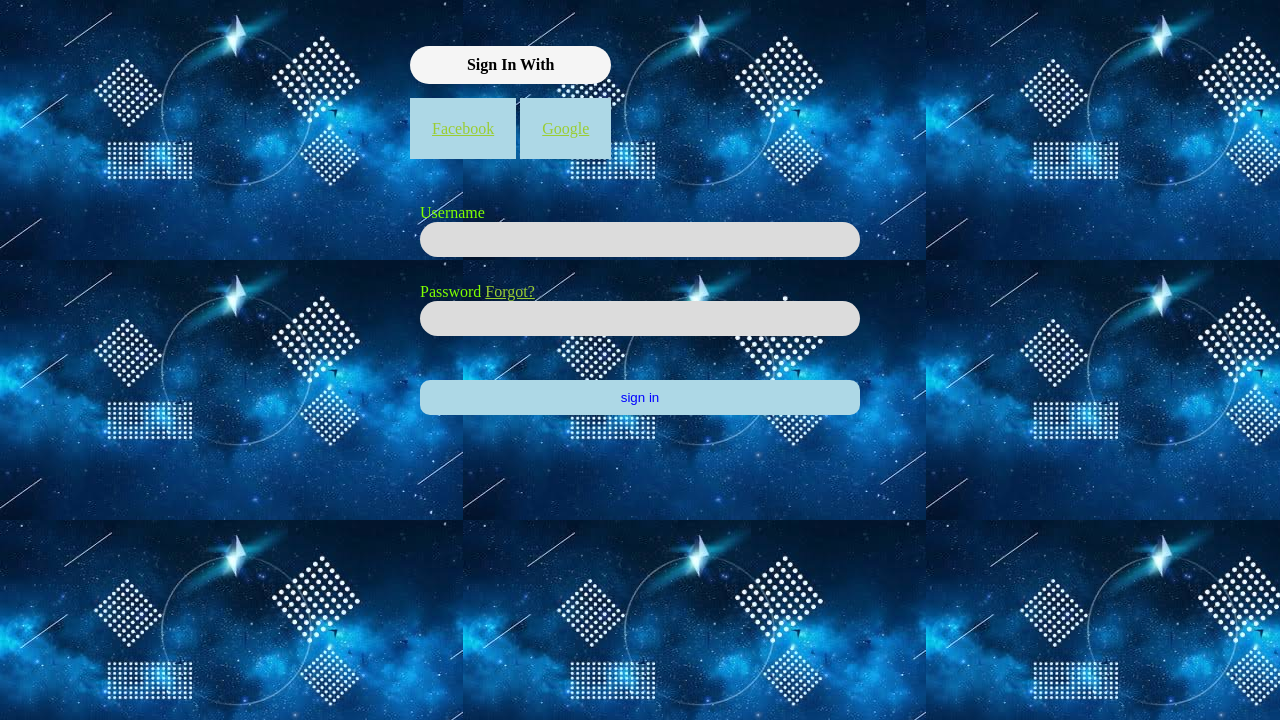
Repository: Tobby004/bdc-assignment-2
Page: index.html
An editor plug-in stored every save of this project. The page is shown before and after the next save, followed by the edit.
The browser window is 1280 px wide. The pictures show the whole page.

Above is the page before, as saved 2023-02-11 07:49:56.

After the next save:
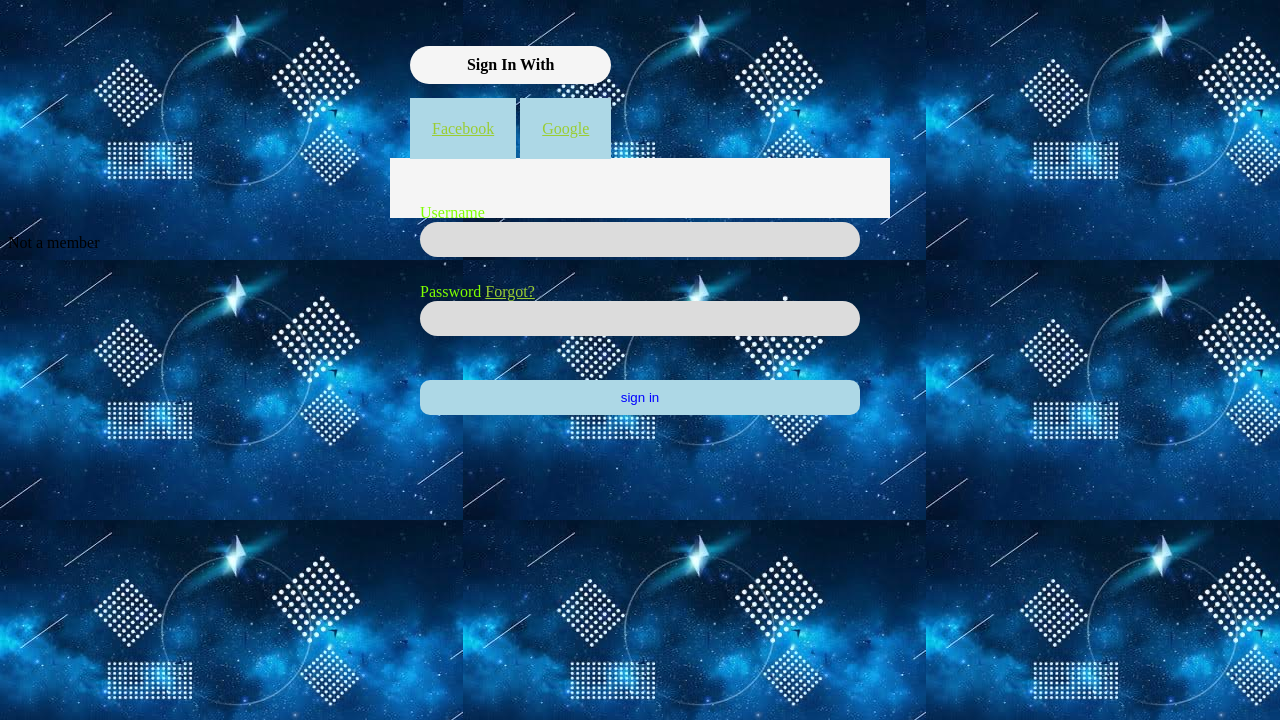
Saved 4 min 57 s later.
--- a/index.html
+++ b/index.html
@@ -40,6 +40,9 @@
          <br>
          <button>sign in</button>
         </div>
+        <p>Not a member
+
+        </p>
 
 </body>
 </html>
--- a/task.css
+++ b/task.css
@@ -34,6 +34,7 @@
     display: block;
     max-width: 500px;
     height: 10px;
+    background-color: whitesmoke;
     padding: 30px;
     color: chartreuse;
     margin-left: auto;

After the save that followed:
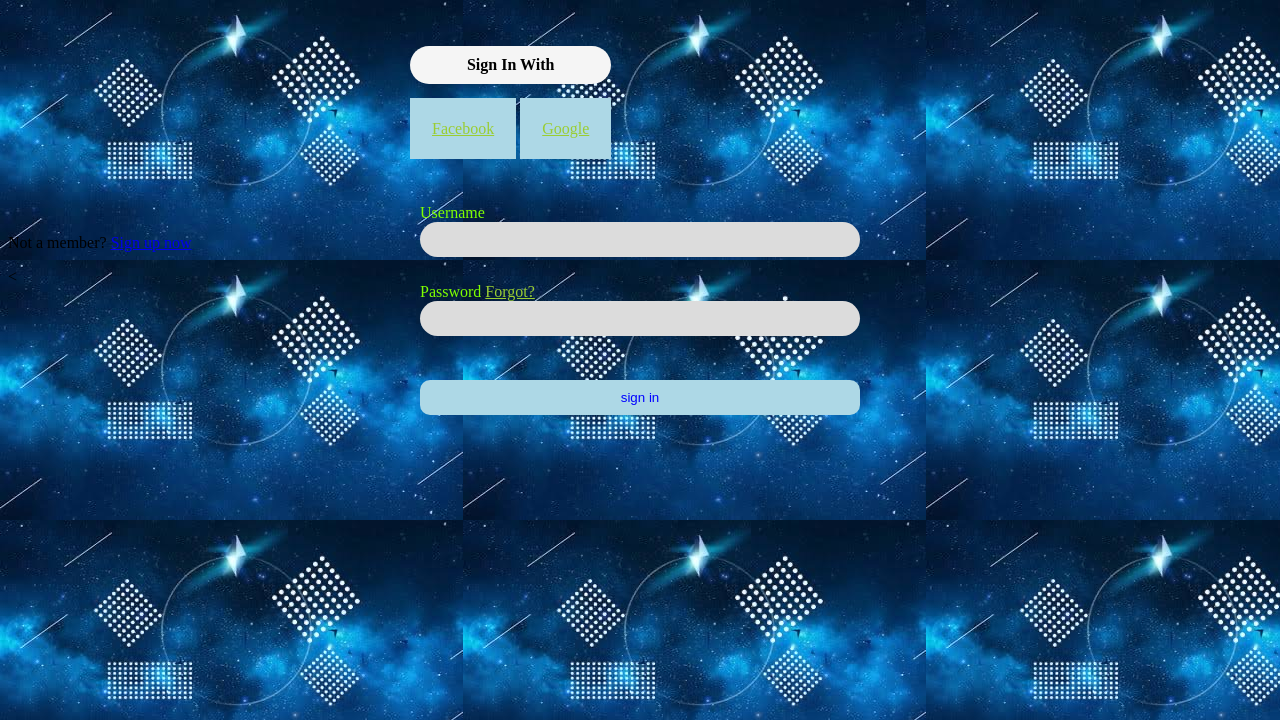
Saved 3 min 12 s later.
--- a/index.html
+++ b/index.html
@@ -40,9 +40,11 @@
          <br>
          <button>sign in</button>
         </div>
-        <p>Not a member
-
+        <nav>
+        <p>Not a member?
+            <a href="#">Sign up now</a>
         </p>
-
+        </nav>
+       <
 </body>
 </html>
--- a/task.css
+++ b/task.css
@@ -34,7 +34,7 @@
     display: block;
     max-width: 500px;
     height: 10px;
-    background-color: whitesmoke;
+
     padding: 30px;
     color: chartreuse;
     margin-left: auto;
